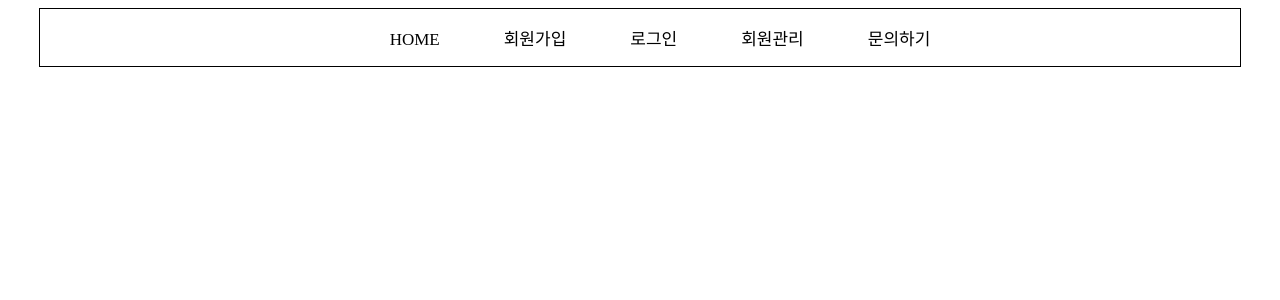
Repository: ceooyh/JSP
Page: http://localhost/memberProject/template/header2.jsp
The author's editor kept a copy of each file at every save. The page is drawn from the files as they stood at one save, then again after the next save.
The browser window is 1280 px wide. The pictures show the whole page.
The page is served by Tomcat 9. Other server files are loaded and not shown.

Above is the page before, as saved 2020-12-30 07:37:48.

### memberProject/WebContent/template/header2.jsp
<%@ page language="java" contentType="text/html; charset=UTF-8"
    pageEncoding="UTF-8"%>
<style>
	nav {
		width:1200px;
		margin:0 auto;/* 가운데 정렬  */
		border:1px solid black;
		text-align: center;
	}
	ul{
		list-style-type: none;
		height: auto;
		display: inline-block;
	}
	li{
		display: inline-block;
	}
	#menu_bar a:link,#menu_bar a:visited {
		color:black;
		text-decoration: none;
		font-size: 17px;
		text-align: center;
		padding: 20px 30px;
	}
</style>
<nav id="menu_bar">
	<ul>
		<li><a href="main.jsp">HOME</a></li>
		<li><a href="register.jsp">회원가입</a></li>
		<li><a href="login.jsp">로그인</a></li>
		<li><a href="#">회원관리</a></li>
		<li><a href="#">문의하기</a></li>
	</ul>
</nav>

After the next save:
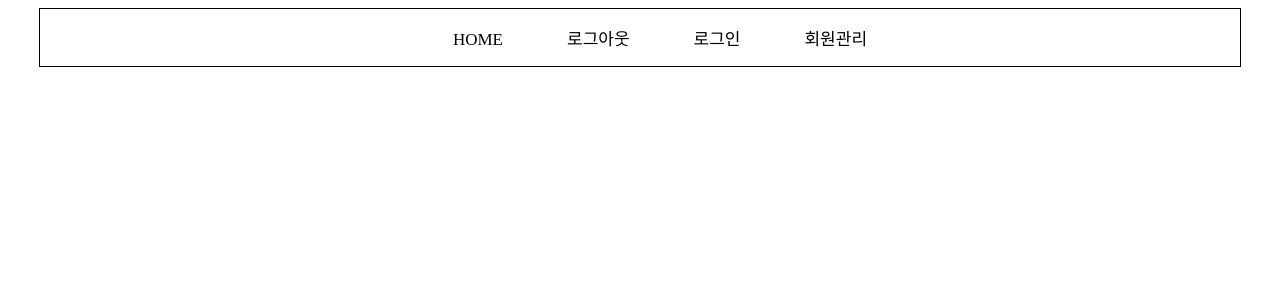
Saved 81 s later.
--- a/memberProject/WebContent/template/header2.jsp
+++ b/memberProject/WebContent/template/header2.jsp
@@ -26,9 +26,8 @@
 <nav id="menu_bar">
 	<ul>
 		<li><a href="main.jsp">HOME</a></li>
-		<li><a href="register.jsp">회원가입</a></li>
+		<li><a href="register.jsp">로그아웃</a></li>
 		<li><a href="login.jsp">로그인</a></li>
 		<li><a href="#">회원관리</a></li>
-		<li><a href="#">문의하기</a></li>
 	</ul>
 </nav>
